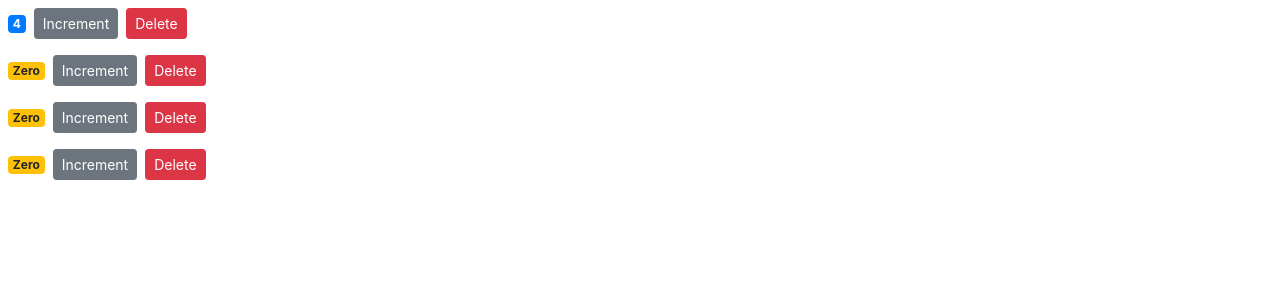
Repository: smk87/First-React-App
Page: /
The author's editor kept a copy of each file at every save. The page is drawn from the files as they stood at one save, then again after the next save.
The browser window is 1280 px wide. The pictures show the whole page.
The project was rebuilt for these pictures with package versions that can differ from the ones it lists, and the page was loaded fresh each time. Also part of the build but not shown: src/App.css, src/App.js.

Above is the page before, as saved 2019-01-05 18:33:50.

### public/index.html
<!DOCTYPE html>
<html lang="en">
  <head>
    <meta charset="utf-8" />
    <link rel="shortcut icon" href="%PUBLIC_URL%/favicon.ico" />
    <meta
      name="viewport"
      content="width=device-width, initial-scale=1, shrink-to-fit=no"
    />
    <meta name="theme-color" content="#000000" />
    <!--
      manifest.json provides metadata used when your web app is added to the
      homescreen on Android. See https://developers.google.com/web/fundamentals/web-app-manifest/
    -->
    <link rel="manifest" href="%PUBLIC_URL%/manifest.json" />
    <!--
      Notice the use of %PUBLIC_URL% in the tags above.
      It will be replaced with the URL of the `public` folder during the build.
      Only files inside the `public` folder can be referenced from the HTML.

      Unlike "/favicon.ico" or "favicon.ico", "%PUBLIC_URL%/favicon.ico" will
      work correctly both with client-side routing and a non-root public URL.
      Learn how to configure a non-root public URL by running `npm run build`.
    -->
    <title>Cart by React</title>
  </head>
  <body>
    <noscript>You need to enable JavaScript to run this app.</noscript>
    <div id="root"></div>
    <!--
      This HTML file is a template.
      If you open it directly in the browser, you will see an empty page.

      You can add webfonts, meta tags, or analytics to this file.
      The build step will place the bundled scripts into the <body> tag.

      To begin the development, run `npm start` or `yarn start`.
      To create a production bundle, use `npm run build` or `yarn build`.
    -->
  </body>
</html>

### src/index.js
import React from "react";
import ReactDOM from "react-dom";
import "./index.css";
import App from "./App";
import * as serviceWorker from "./serviceWorker";
import "bootstrap/dist/css/bootstrap.css";
import Counters from "./components/counters";

ReactDOM.render(<Counters />, document.getElementById("root"));

// If you want your app to work offline and load faster, you can change
// unregister() to register() below. Note this comes with some pitfalls.
// Learn more about service workers: http://bit.ly/CRA-PWA
serviceWorker.unregister();

### src/components/counters.jsx
import React, { Component } from "react";
import Counter from "./counter";

class Counters extends Component {
  state = {
    counters: [
      { id: 1, value: 4 },
      { id: 2, value: 0 },
      { id: 3, value: 0 },
      { id: 4, value: 0 }
    ]
  };

  handleDelete = counterId => {
    const counters = this.state.counters.filter(c => c.id !== counterId);
    this.setState({ counters });
  };

  render() {
    return (
      <div>
        {this.state.counters.map(counter => (
          <Counter
            onDelete={this.handleDelete}
            key={counter.id}
            counter={counter}
          />
        ))}
      </div>
    );
  }
}

export default Counters;

### src/components/counter.jsx
import React, { Component } from "react";

class Counter extends Component {
  state = {
    value: this.props.counter.value,
    tags: []
  };

  renderTags() {
    if (this.state.tags.length === 0) return <p>There are no tags!</p>;
    return (
      <ul>
        {this.state.tags.map(tag => (
          <li key={tag}>{tag}</li>
        ))}
      </ul>
    );
  }

  handleIncrement = () => {
    //console.log(product);
    this.setState({ value: this.state.value + 1 });
  };

  doHandleIncrement = () => {
    this.handleIncrement({ id: 1 });
  };

  render() {
    return (
      <div>
        <span className={this.getBadgeClasses()}>{this.formatCount()}</span>
        <button
          onClick={() => this.handleIncrement()}
          className="btn btn-secondary btn-sm"
        >
          Increment
        </button>
        <button
          onClick={() => this.props.onDelete(this.props.counter.id)}
          className="btn btn-danger btn-sm m-2"
        >
          Delete
        </button>
      </div>
    );
  }

  getBadgeClasses() {
    let classes = "badge m-2 badge-";
    classes += this.state.value === 0 ? "warning" : "primary";
    return classes;
  }

  formatCount() {
    const { value: count } = this.state;
    return count === 0 ? "Zero" : count;
  }
}

export default Counter;

Loaded but not shown: src/index.css (common file); src/serviceWorker.js (common file)

After the next save:
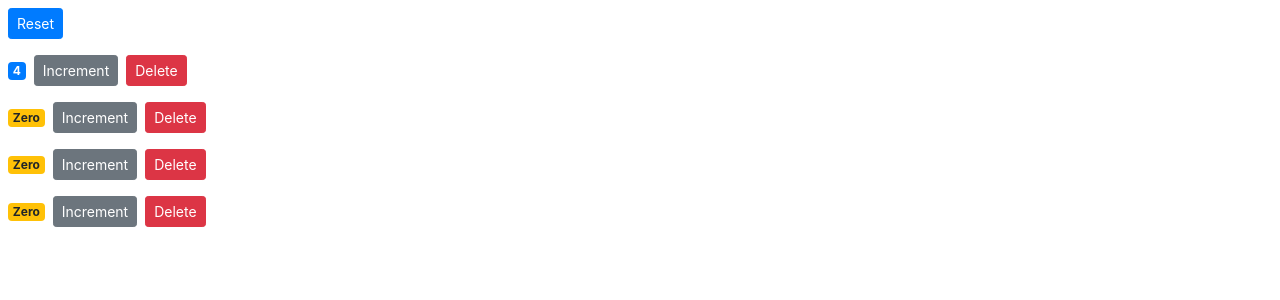
Saved 4 min 12 s later.
--- a/src/components/counters.jsx
+++ b/src/components/counters.jsx
@@ -19,6 +19,7 @@ class Counters extends Component {
   render() {
     return (
       <div>
+        <button className="btn btn-primary btn-sm m-2">Reset</button>
         {this.state.counters.map(counter => (
           <Counter
             onDelete={this.handleDelete}
